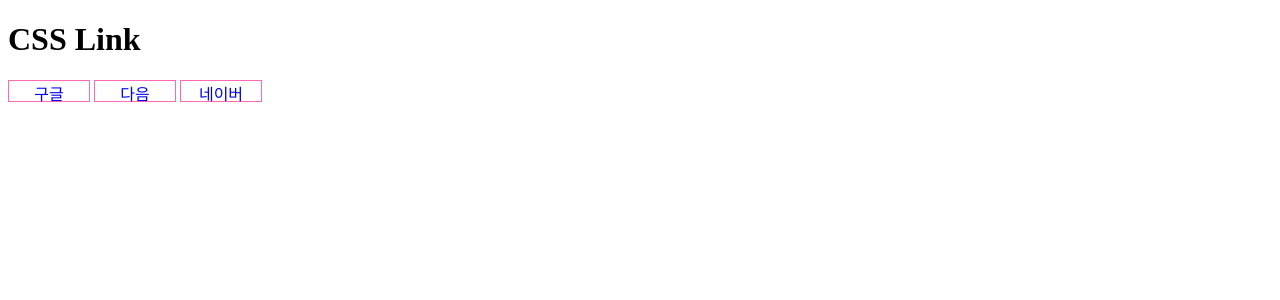
Repository: XenosJM/WEB_CODES
Page: Web02_CSS/src/main/webapp/08_link.html
The author's editor kept a copy of each file at every save. The page is drawn from the files as they stood at one save, then again after the next save.
The browser window is 1280 px wide. The pictures show the whole page.
The pointer rests on the first visible `a`.

Above is the page before, as saved 2024-03-20 00:32:02.

After the next save:
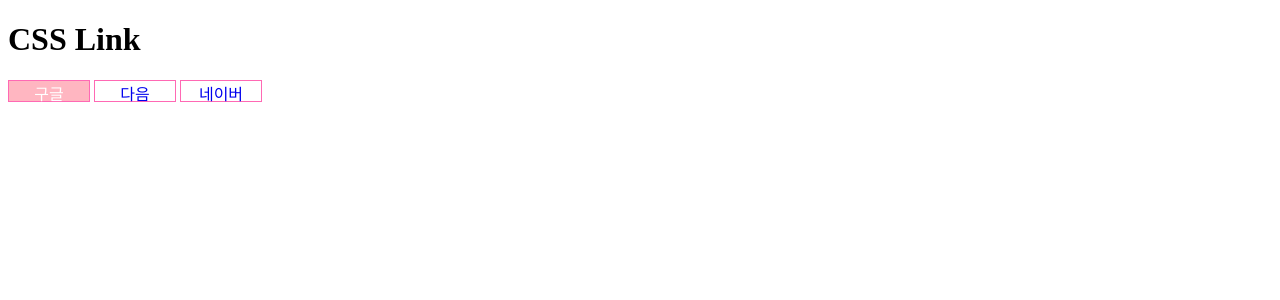
Saved 45 s later.
--- a/Web02_CSS/src/main/webapp/08_link.html
+++ b/Web02_CSS/src/main/webapp/08_link.html
@@ -14,7 +14,8 @@ a {
 /* pseudo class는 ":예약어" 형식으로 사용 */
 /* 마우스가 a 태그 위에 있을 때*/
 a:hover {
-
+	background: lightpink;
+	color : white
 }
 
 </style>
